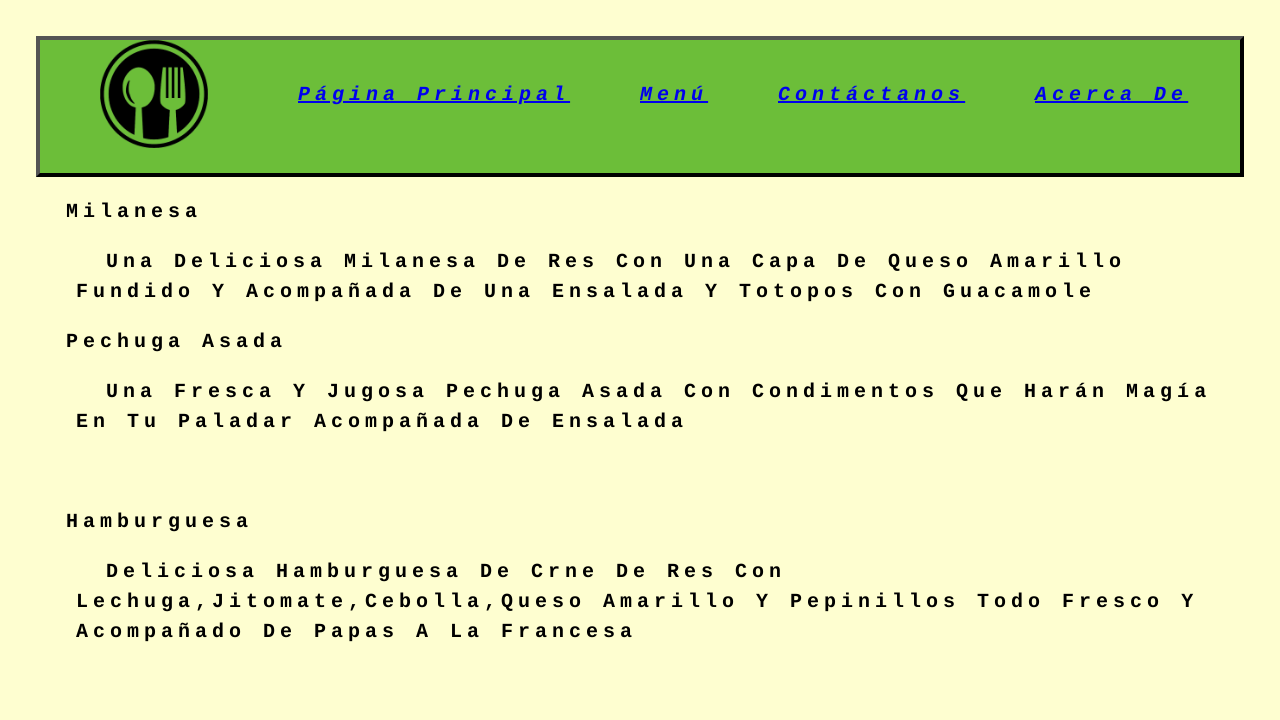
Repository: UVMCoyoacan/eq06_sitio1
Page: Carpeta docs/menu.html
The author's editor kept a copy of each file at every save. The page is drawn from the files as they stood at one save, then again after the next save.
The browser window is 1280 px wide. The pictures show the whole page.

Above is the page before, as saved 2024-03-08 09:13:48.

After the next save:
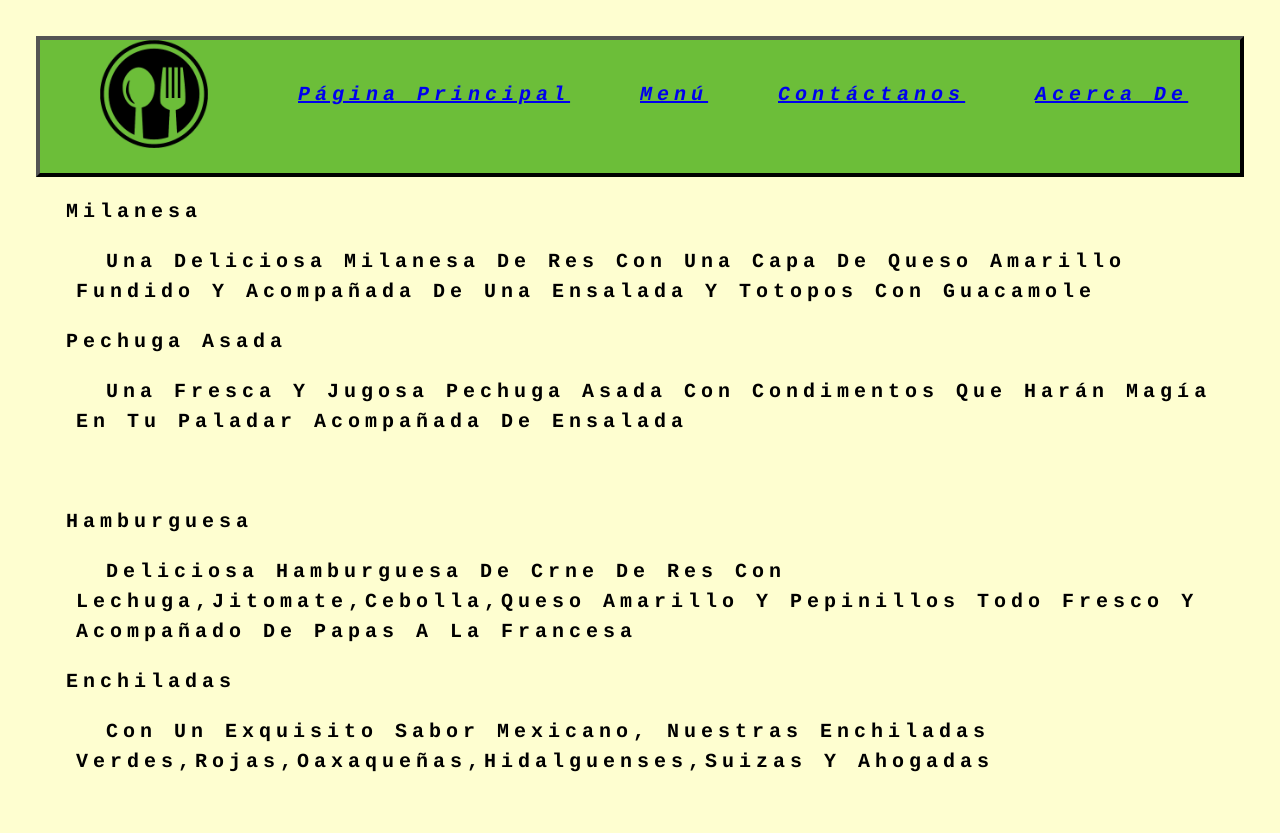
Saved 2 min 3 s later.
--- a/Carpeta docs/menu.html
+++ b/Carpeta docs/menu.html
@@ -28,7 +28,8 @@
             <ol>Una fresca y jugosa pechuga asada con condimentos que harán magía en tu paladar acompañada de ensalada</ol><br>
             <p>Hamburguesa</p>
             <ol>Deliciosa hamburguesa de crne de res con lechuga,jitomate,cebolla,queso amarillo y pepinillos todo fresco y acompañado de papas a la francesa</ol>
-
+            <p>Enchiladas</p>
+            <ol>Con un exquisito sabor mexicano, nuestras enchiladas verdes,rojas,oaxaqueñas,hidalguenses,suizas y ahogadas</ol>
          </div>
     </body>
     <script src="../Carpeta js/js1.js">
